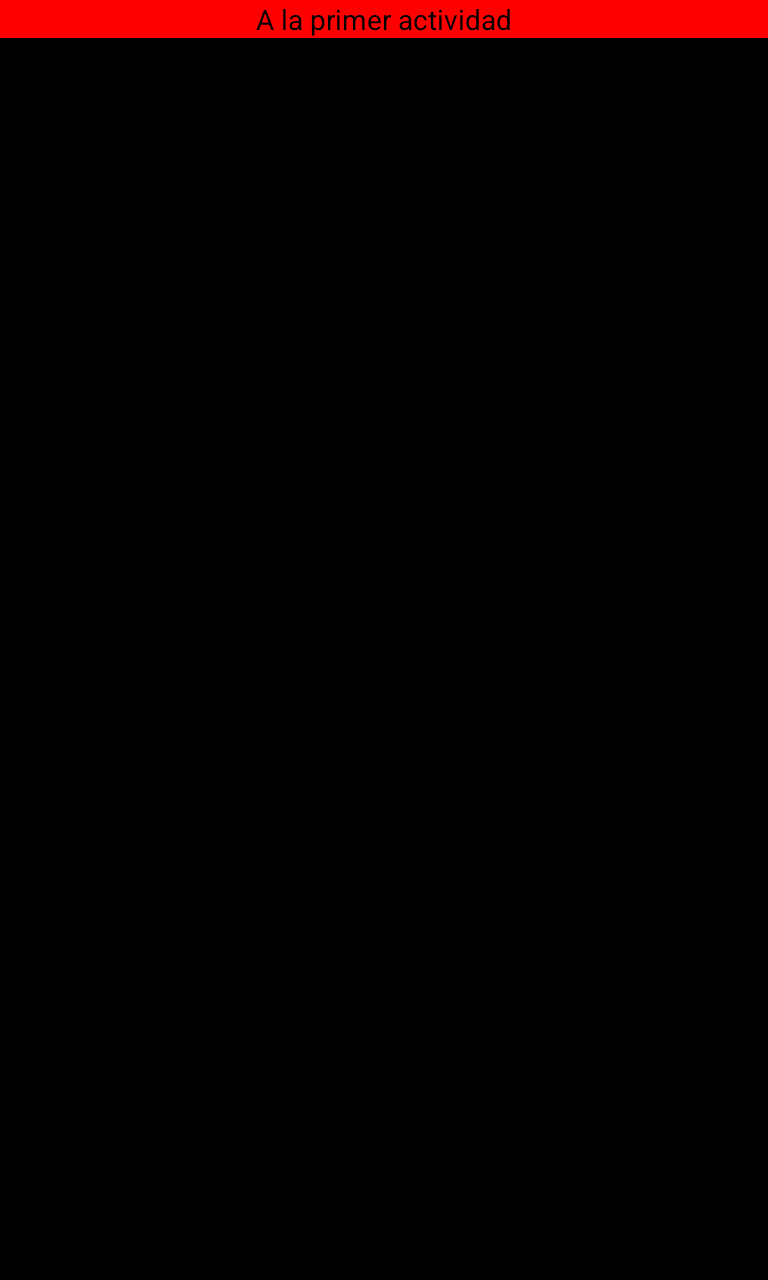
Repository: cogitovsmachina/Curso-Android-en-ITAM
Layout: SimpleIntent/res/layout/second.xml
The author's editor kept a copy of each file at every save. The layout is drawn from the files as they stood at one save, then again after a run of saves.
It is drawn on a 768 x 1280 px phone screen (xhdpi) without system bars, with theme android:Theme; the app's code is not run.

Above is the layout before, as saved 2011-07-05 16:52:30.

### SimpleIntent/res/layout/second.xml
<?xml version="1.0" encoding="utf-8"?>
<LinearLayout xmlns:android="http://schemas.android.com/apk/res/android"
    android:orientation="vertical"
    android:layout_width="fill_parent"
    android:layout_height="fill_parent"
    >
<Button
    android:layout_width="fill_parent"
    android:layout_height="wrap_content"
    android:text="A la primer actividad"
    android:id="@+id/backtofirst"
    android:onClick="go"
    android:background="@color/red"
    />
</LinearLayout>

### SimpleIntent/res/values/colors.xml
<?xml version="1.0" encoding="utf-8"?>
<resources>
<color name="red">#FFFF0000</color>
<color name="green">#FF00FF00</color>
</resources>

After the next 2 saves:
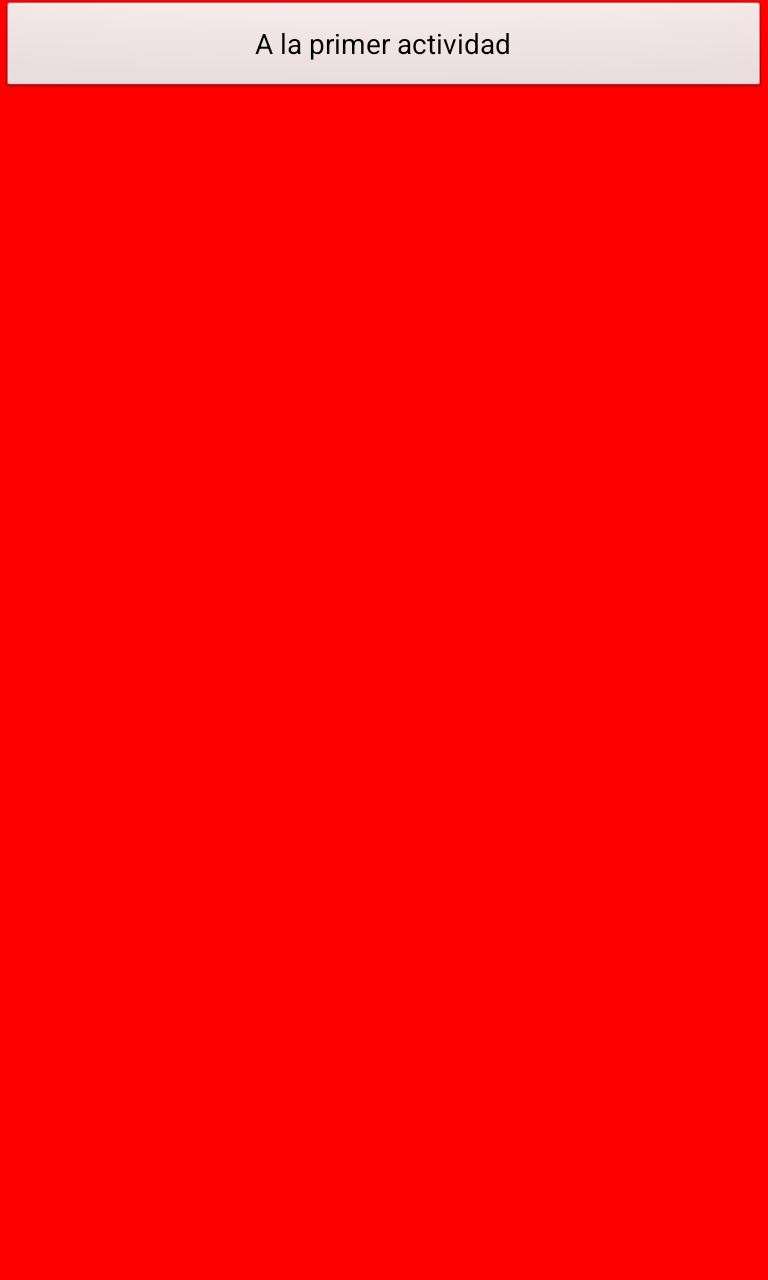
The 2 saves are shown as one change because they came seconds apart.
The last was saved 33 s later.
--- a/SimpleIntent/res/layout/second.xml
+++ b/SimpleIntent/res/layout/second.xml
@@ -3,6 +3,8 @@
     android:orientation="vertical"
     android:layout_width="fill_parent"
     android:layout_height="fill_parent"
+    android:background="@color/red"
+
     >
 <Button
     android:layout_width="fill_parent"
@@ -10,6 +12,5 @@
     android:text="A la primer actividad"
     android:id="@+id/backtofirst"
     android:onClick="go"
-    android:background="@color/red"
     />
 </LinearLayout>
